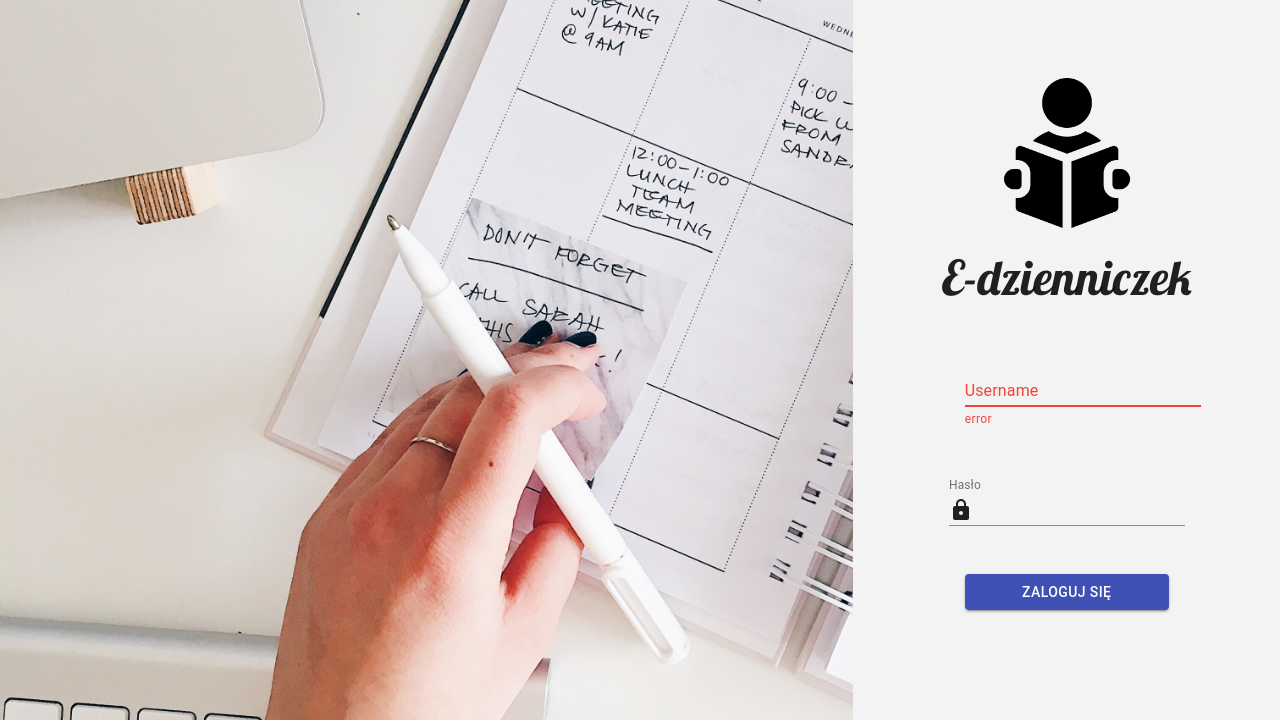
Repository: dominik3131/E-dzienniczek
Page: /
An editor plug-in stored every save of this project. The page is shown before and after the next save, followed by the edit.
The browser window is 1280 px wide. The pictures show the whole page.
The project was rebuilt for these pictures with package versions that can differ from the ones it lists, and the page was loaded fresh each time.

Above is the page before, as saved 2020-11-17 13:58:08.

After the next save:
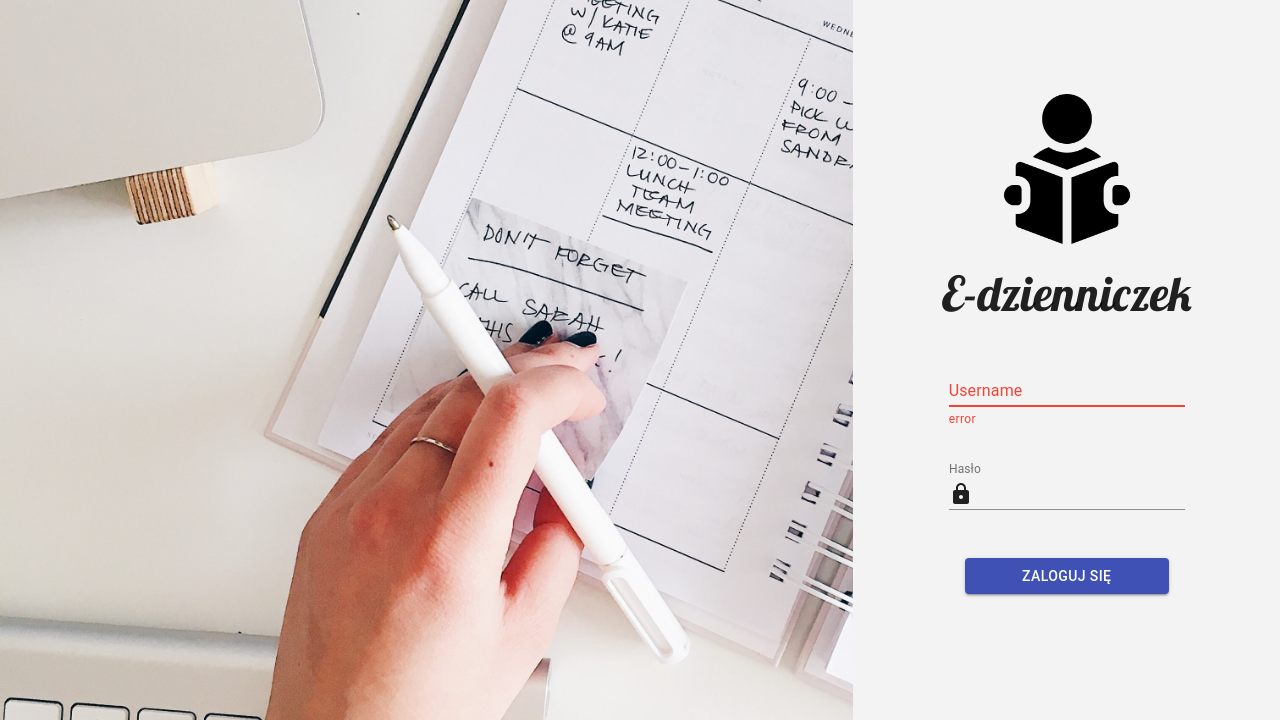
Saved 28 s later.
--- a/src/components/LoginForm/LoginForm.js
+++ b/src/components/LoginForm/LoginForm.js
@@ -35,23 +35,21 @@ const LoginForm = (props) => {
   const classes = useStyles();
   return (
     <form className={classes.root} noValidate autoComplete="off">
-      <FormControl>
-        <TextField
-          id="username"
-          name="username"
-          helperText="error"
-          error={
-            data.username.length === 0 ? "podany email nie istnieje" : null
-          }
-          label="Username"
-          startAdornment={
-            <InputAdornment position="start">
-              <AccountCircle />
-            </InputAdornment>
-          }
-          onChange={handleChange}
-        />
-      </FormControl>
+      {/* <FormControl> */}
+      <TextField
+        id="username"
+        name="username"
+        helperText="error"
+        error={data.username.length === 0 ? "podany email nie istnieje" : null}
+        label="Username"
+        startAdornment={
+          <InputAdornment position="start">
+            <AccountCircle />
+          </InputAdornment>
+        }
+        onChange={handleChange}
+      />
+      {/* </FormControl> */}
       <FormControl>
         <InputLabel htmlFor="password">Hasło</InputLabel>
         <Input
